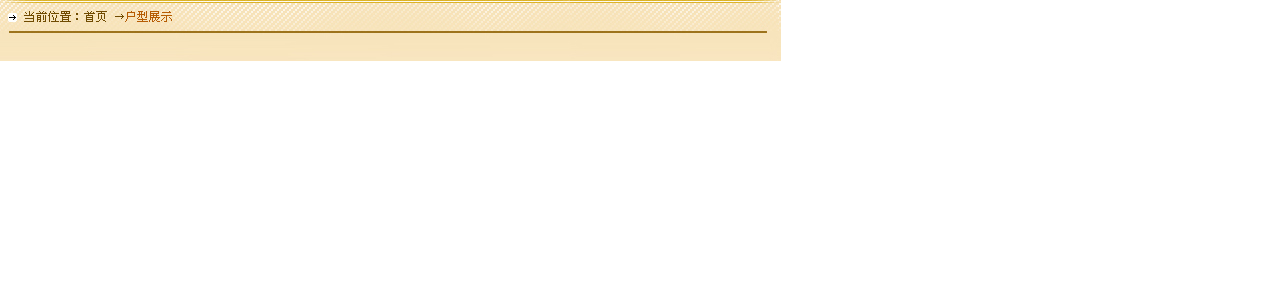
Repository: bookFireFly/bookFireFly
Page: http://localhost/JSP107/
These files come from the project's save history. The page is drawn as it stood at one moment and after the next save; the edit follows.
The browser window is 1280 px wide. The pictures show the whole page.
The page is served by Tomcat 9.

Above is the page before, as saved 2017-10-24 09:44:42.

After the next save:
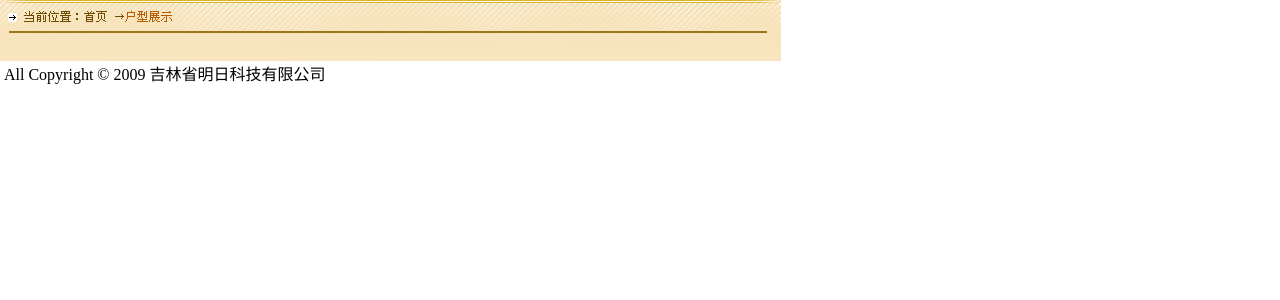
Saved 3 min 26 s later.
--- a/JSP107/WebContent/index.jsp
+++ b/JSP107/WebContent/index.jsp
@@ -10,7 +10,10 @@
 <jsp:include page="top.jsp"/>
 <table width="781" height="61" cellpadding="0" cellspacing="0"
 	background="images/center.JPG" >
-
+	<tr>
+	<td>&nbsp;</td>
+	</tr>
 </table>
+<jsp:include page="copyright.jsp"/>
 </body>
 </html>
